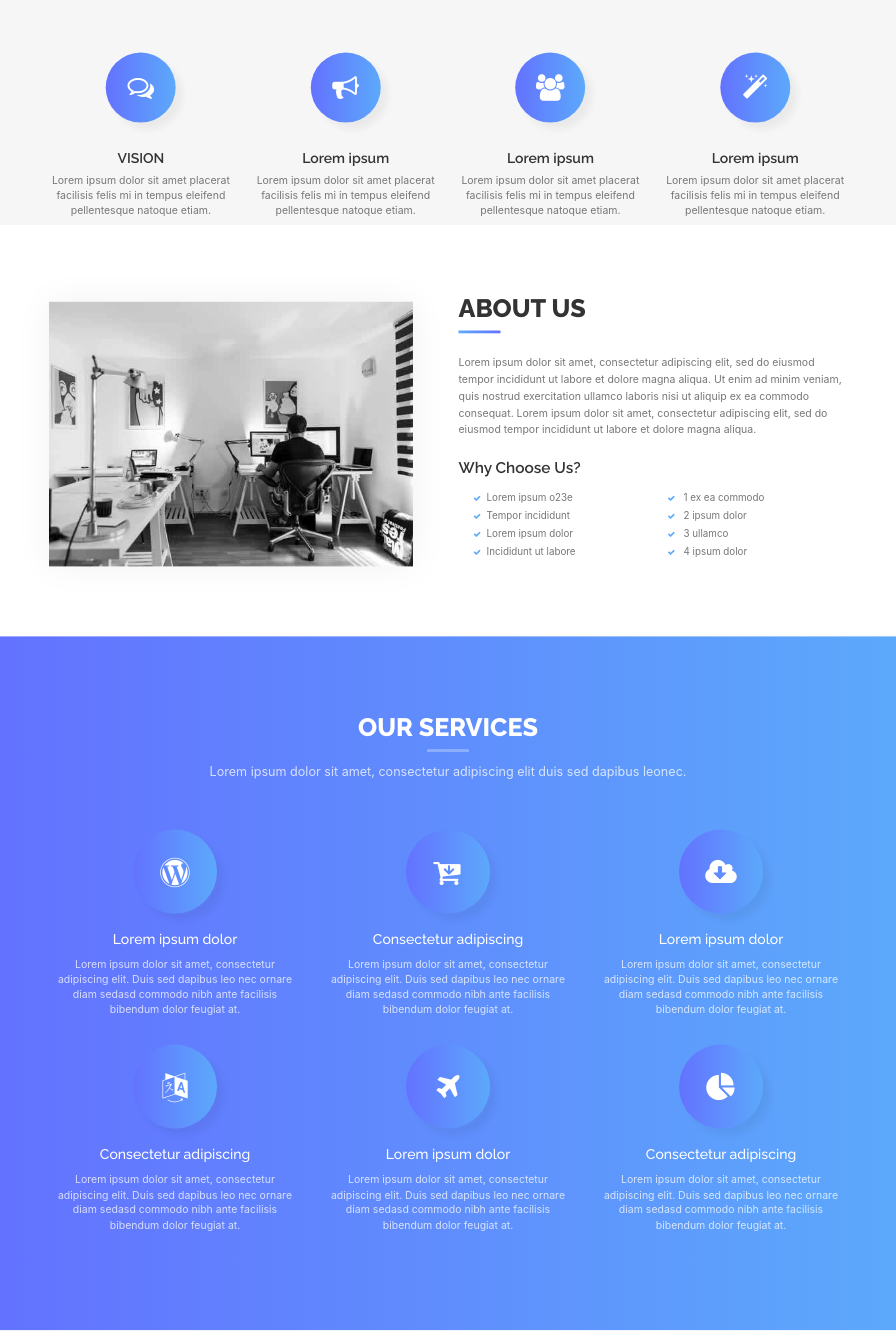
Repository: andrealepori/digitize-reactapp
Page: /
An editor plug-in stored every save of this project. The page is shown before and after the next save, followed by the edit.
The browser window is 1280 px wide. The pictures show the part of the page from y = 1103 to 3023 px (the page is 5589 px tall before and 5696 px after), at 70% of full size.
The project was rebuilt for these pictures with package versions that can differ from the ones it lists, and the page was loaded fresh each time.

Above is the page before, as saved 2021-09-21 14:51:19.

After the next save:
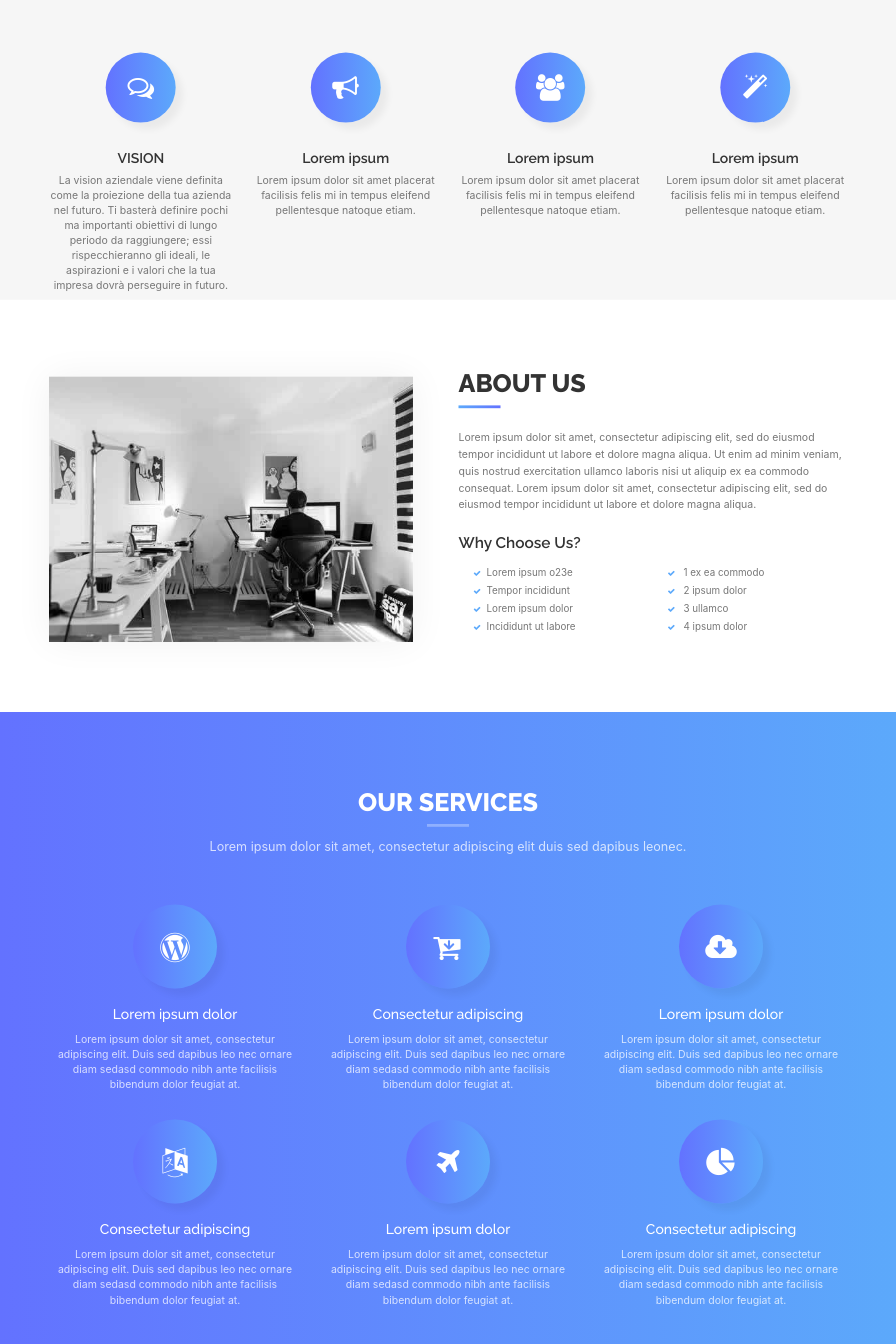
Saved 12 s later.
--- a/src/data/data.json
+++ b/src/data/data.json
@@ -163,7 +163,7 @@
     {
       "icon": "fa fa-comments-o",
       "title": "VISION",
-      "text": "Lorem ipsum dolor sit amet placerat facilisis felis mi in tempus eleifend pellentesque natoque etiam."
+      "text": "La vision aziendale viene definita come la proiezione della tua azienda nel futuro. Ti basterà definire pochi ma importanti obiettivi di lungo periodo da raggiungere; essi rispecchieranno gli ideali, le aspirazioni e i valori che la tua impresa dovrà perseguire in futuro. "
     },
     {
       "icon": "fa fa-bullhorn",
